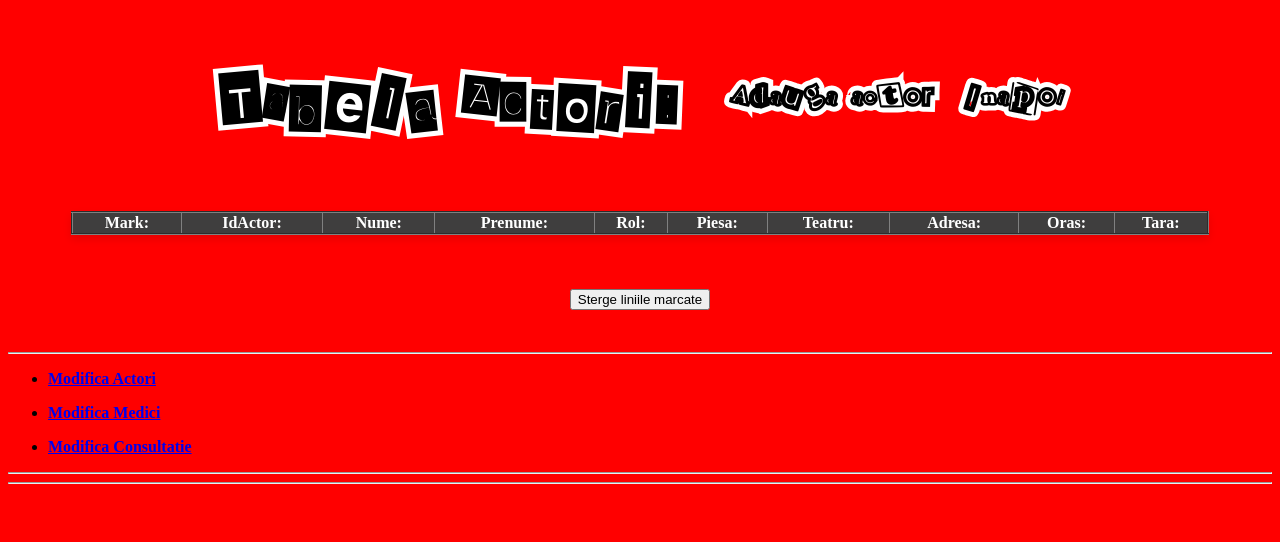
Repository: SusStefan/ActorDB
Page: http://localhost/Actori/tabela_actori.jsp
The author's editor kept a copy of each file at every save. The page is drawn from the files as they stood at one save, then again after the next save.
The browser window is 1280 px wide. The pictures show the whole page.
The page is served by Tomcat 9. Queries for data that is not in the repository find no rows.

Above is the page before, as saved 2025-12-12 23:33:42.
Console error: TypeError: Cannot set properties of null (setting 'innerHTML')

### Actori/src/main/webapp/tabela_actori.jsp
<%@ page language="java" contentType="text/html; charset=UTF-8" pageEncoding="UTF-8"%>
<%@ page language="java" import="java.lang.*,java.math.*,db.*,java.sql.*, java.io.*, java.util.*"%>
<!DOCTYPE html PUBLIC "-//W3C//DTD HTML 4.01 Transitional//EN" "http://www.w3.org/TR/html4/loose.dtd">
<html>
 <head>
 <meta http-equiv="Content-Type" content="text/html; charset=UTF-8">
 <title>Tabela Actori</title>
 </head>
 <jsp:useBean id="jb" scope="session" class="db.JavaBean" />
 <jsp:setProperty name="jb" property="*" />
 <body>
  <div id="butholder">
 <h1 align="center" id="titlu"> Tabela Actori:</h1>
 <br/>

<a href="adauga_actor.jsp">
<div class="cssbutton "id="Butactori"><b class="sway-text"><strong>Adauga actor</strong></b></div>
</a>
 <a href="index.html">
<div class="cssbutton "id="Butactori"><b class="sway-text"><strong>Inapoi</strong></b></div>
</a>
</div>
 <form action="sterge_Pacient.jsp" method="post">
 <table border="2" align="center">
 <tr>
 <td><b>Mark:</b></td>
 <td><b>IdActor:</b></td>
 <td><b>Nume:</b></td>
 <td><b>Prenume:</b></td>
 <td><b>Rol:</b></td>
 <td><b>Piesa:</b></td>
 <td><b>Teatru:</b></td>
 <td><b>Adresa:</b></td>
 <td><b>Oras:</b></td>
 <td><b>Tara:</b></td>
 </tr>
 <%
 jb.connect();
 ResultSet rs = jb.vedeActori();
 long x;
 while (rs.next()) {
 x = rs.getInt("idactor");
 %>
 <tr>
 <td><input type="checkbox" name="primarykey" value="<%= x%>" /></td><td><%= x%></td>
 <td><%= rs.getString("nume")%></td>
 <td><%= rs.getString("prenume")%></td>
 <td><%= rs.getString("rol")%></td>
 <td><%= rs.getString("piesa")%></td>
  <td><%= rs.getString("teatru")%></td>
  <td><%= rs.getString("adresa")%></td>
  <td><%= rs.getString("oras")%></td>
  <td><%= rs.getString("tara")%></td>
 <%
 }
 %>
 </tr>
 </table><br/>
 <p align="center">
 <input type="submit" value="Sterge liniile marcate">
 </p>
 </form>
 <%
 rs.close();
 jb.disconnect();
 %>
 <br/>
 <hr>
 <ul>
 <li><a href="modifica_Pacient.jsp"><b><strong>Modifica Actori</strong></b></a></li>
 </ul>
 <ul>
 <li><a href="modifica_Medic.jsp"><b><strong>Modifica Medici</strong></b></a></li>
 </ul>
 <ul>
 <li><a href="modifica_Consultatie.jsp"><b><strong>Modifica Consultatie</strong></b></a></li>
 </ul>
 <hr>
 <hr>
 </body>
  <style>

 @font-face {
  font-family: 'Persona';            /* You give it a nickname here */
  src: url('./assets/earwig_factory/pers.ttf') format('truetype'); /* Point to the file */
  font-weight: normal;
  font-style: normal;
}

 @font-face {
  font-family: 'Persona2';            /* You give it a nickname here */
  src: url('./assets/earwig_factory/persona.otf') format('opentype'); /* Point to the file */
  font-weight: normal;
  font-style: normal;
}
 @font-face {
  font-family: 'clock';            /* You give it a nickname here */
  src: url('./assets/earwig_factory/p5hatty.ttf') format('truetype'); /* Point to the file */
  font-weight: normal;
  font-style: normal;
}
 body{
 background-color: red;
 }
 .sway-text{
 color:black;
 font-size:300%;
 font-family:Persona;

 }
 #butholder
 {
 display:flex;
flex-direction: row;
 padding:10px;
 justify-content:center;
 align-items:center;
 gap:20px;
 }
 #titlu{
 text-align:left;
 font-family: Persona2;
 paint-order: stroke fill;
 color:black;
-webkit-text-stroke: 10px white;
 font-size:400%;
 }
  .time{

 font-family: clock;
 paint-order: stroke fill;
 color:white;
-webkit-text-stroke: 30px black;

 }
 #hms{ position:absolute;
  font-size:1000%;
  top:-13%;
  right:6%;
 }
#day{ position:absolute;
right:3%;
 font-size:400%;
transform: rotate(-10deg);
 }
 #month{ position:absolute;
right:13%;
top:-2%;
 font-size:500%;
 transform: rotate(10deg);
 }
 .cssbutton
 {
 width:100%;
 height:20%;
 background-color:red;
 padding:5px;
 text-align: center;
 }
table{
width:90%;
margin: 20px auto;
border-collapse: collapse;
box-shadow: 0 4px 8px rgba(0, 0, 0, 0.1);
text-align:center;
color:white
}


 table tbody tr:nth-of-type(even) {
  background-color: #656261;
}
 table tbody tr:nth-of-type(odd) {
  background-color: #3f3e3e;
}


 .sway-text {
  display: inline-block; /* Required for transform to work on text spans */
  transition: color 0.3s; /* Optional: smooth color change */
  cursor: default;
   paint-order: stroke fill;
 color:black;
-webkit-text-stroke: 10px white;
 font-size:200%;
}

 @keyframes sway {
  0% { transform: rotate(0deg); }
  25% { transform: rotate(5deg); }
  50% { transform: rotate(0deg); }
  75% { transform: rotate(-5deg); }
  100% { transform: rotate(0deg); }
}

 .cssbutton:hover
 {
  background-color:white;
  border: 3px solid black;
  animation: sway 2s ease-in-out infinite;
  }
 </style>
 <script>
 const weekday = ["Sunday","Monday","Tuesday","Wednesday","Thursday","Friday","Saturday"];
 let time = document.getElementById("hms");
 let day = document.getElementById("day");
 let month = document.getElementById("month");
 let d= new Date();
 time.innerHTML = d.getDate();
 month.innerHTML = d.getMonth()+1+"/";
 day.innerHTML = weekday[d.getDay()];


 </script>
</html>

### Actori/src/main/java/db/JavaBean.java
/*
 * Curs3_Eclipse - Valentin Pupezescu
 */
package db;
import java.math.BigDecimal;
import java.sql.*;
/**
 *
 * @author vali
 */
public class JavaBean {
	String error;
	Connection con;
	public JavaBean() {
	}
	public void connect() throws ClassNotFoundException, SQLException, Exception {
		try {
			Class.forName("com.mysql.cj.jdbc.Driver");
			con = DriverManager.getConnection("jdbc:mysql://localhost:3306/actori?useSSL=false", "root", "2005");
		} catch (ClassNotFoundException cnfe) {
			error = "ClassNotFoundException: Nu s-a gasit driverul bazei de date.";
			throw new ClassNotFoundException(error);
		} catch (SQLException cnfe) {
			error = "SQLException: Nu se poate conecta la baza de date.";
			throw new SQLException(error);
		} catch (Exception e) {
			error = "Exception: A aparut o exceptie neprevazuta in timp ce se stabilea legatura la baza de date.";
			throw new Exception(error);
		}
	} // connect()
	public void disconnect() throws SQLException {
		try {
			if (con != null) {
				con.close();
			}
		} catch (SQLException sqle) {
			error = ("SQLException: Nu se poate inchide conexiunea la baza de date.");
			throw new SQLException(error);
		}
	} // disconnect()
	public void adaugaOras(String Nume, String Tara)
			throws SQLException, Exception {
		if (con != null) {
			try {
				// creaza un "prepared SQL statement"
				Statement stmt;
				stmt = con.createStatement();
				stmt.executeUpdate("insert into orase(nume,tara) values('" +Nume
		+ "' , '" + Tara + "');");
			} catch (SQLException sqle) {
				error = "ExceptieSQL: Reactualizare nereusita; este posibil sa existe duplicate.";
				throw new SQLException(error);
			}
		} else {
			error = "Exceptie: Conexiunea cu baza de date a fost pierduta.";
			throw new Exception(error);
		}
	} // end of adaugaPacient()

	public void adaugateatru(String Nume, String Descriere, String Adresa, long Oras)
			throws SQLException, Exception {
		if (con != null) {
			try {
				// creaza un "prepared SQL statement"
				Statement stmt;
				stmt = con.createStatement();
				stmt.executeUpdate("insert into teatre(nume,descriere,adresa,idoras) values('" + Nume +
						"' , '" + Descriere + "', '" + Adresa + "', '" + Oras + "');");
			} catch (SQLException sqle) {
				error = "ExceptieSQL: Reactualizare nereusita; este posibil sa existe duplicate.";
				throw new SQLException(error);
			}
		} else {
			error = "Exceptie: Conexiunea cu baza de date a fost pierduta.";
			throw new Exception(error);
		}
	}

			public void adaugaactori(String Nume, String Prenume, String Rol, String Piesa, double Salariu, long Teatre)
					throws SQLException, Exception {
				if (con != null) {
					try {
						Statement stmt;
						stmt = con.createStatement();
						stmt.executeUpdate("insert into actori(nume,prenume,rol,piesa,salariu,idteatru) values('" + Nume +
								"' , '" + Prenume + "', '" + Rol + "', '" + Piesa + "', '" + Salariu + "', '" + Teatre
								+ "');");
					} catch (SQLException sqle) {
						error = "ExceptieSQL: Reactualizare nereusita; este posibil sa existe duplicate.";
						throw new SQLException(error);
					}
				} else {
					error = "Exceptie: Conexiunea cu baza de date a fost pierduta.";
					throw new Exception(error);
				}
			}

	public ResultSet vedeOrase() throws SQLException, Exception {
	    ResultSet rs = null;
	    try {
	        // Simple query to select the ID and Name of all cities
	        String queryString = "SELECT idoras, nume FROM orase ORDER BY nume";
	        Statement stmt = con.createStatement();
	        rs = stmt.executeQuery(queryString);
	    } catch (SQLException sqle) {
	        error = "SQLException: Interogarea oraselor nu a fost posibila.";
	        throw new SQLException(error);
	    } catch (Exception e) {
	        error = "A aparut o exceptie in timp ce se extrageau orasele.";
	        throw new Exception(error);
	    }
	    return rs;
	}

	public ResultSet vedeTabela(String tabel) throws SQLException, Exception {
		ResultSet rs = null;
		try {
			String queryString = ("select * from `actori`.`" + tabel + "`;");
			Statement stmt = con.createStatement(/*ResultSet.TYPE_SCROLL_INSENSITIVE,
ResultSet.CONCUR_READ_ONLY*/);
			rs = stmt.executeQuery(queryString);
		} catch (SQLException sqle) {
			error = "SQLException: Interogarea nu a fost posibila.";
			throw new SQLException(error);
		} catch (Exception e) {
			error = "A aparut o exceptie in timp ce se extrageau datele.";
			throw new Exception(error);
		}
		return rs;
	} // vedeTabela()
	public ResultSet vedeTeatre() throws SQLException, Exception {
		ResultSet rs = null;
		try {
			String queryString = ("select t.idteatru as idteatru"
					+ ",t.nume as nume,"
					+ "t.descriere as descriere,"
					+ "t.adresa as adresa,o.nume as oras,o.tara as tara from teatre t inner join orase o using(idoras)");
		    Statement stmt = con.createStatement(/*ResultSet.TYPE_SCROLL_INSENSITIVE,
ResultSet.CONCUR_READ_ONLY*/);
			rs = stmt.executeQuery(queryString);
		} catch (SQLException sqle) {
			error = "SQLException: Interogarea nu a fost posibila.";
			throw new SQLException(error);
		} catch (Exception e) {
			error = "A aparut o exceptie in timp ce se extrageau datele.";
			throw new Exception(error);
		}
		return rs;
	} // vedeConsultatie()

	public ResultSet vedeActori() throws SQLException, Exception {
		ResultSet rs = null;
		try {
			String queryString = ("SELECT a.idactor AS idactor, " +
			           "a.nume AS nume, " +
			           "a.prenume AS prenume, " +
			           "a.rol AS rol, " +
			           "a.piesa AS piesa, " +
			           "a.salariu AS salariu, " +
			           "t.nume AS teatru, " +
			           "t.adresa AS adresa, " +
			           "o.nume AS oras, " +
			           "o.tara AS tara " +
			    "FROM actori a, teatre t, orase o " +
			    "WHERE a.idteatru = t.idteatru AND t.idoras = o.idoras" // Correct join conditions
			);
		    Statement stmt = con.createStatement(/*ResultSet.TYPE_SCROLL_INSENSITIVE,
ResultSet.CONCUR_READ_ONLY*/);
			rs = stmt.executeQuery(queryString);
		} catch (SQLException sqle) {
			error = "SQLException: Interogarea nu a fost posibila.";
			throw new SQLException(error);
		} catch (Exception e) {
			error = "A aparut o exceptie in timp ce se extrageau datele.";
			throw new Exception(error);
		}
		return rs;
	}

	public void stergeDateTabela(String[] primaryKeys, String tabela, String dupaID) throws
	SQLException, Exception {
		if (con != null) {
			try {
				// creaza un "prepared SQL statement"
				long aux;
				PreparedStatement delete;
				delete = con.prepareStatement("DELETE FROM " + tabela + " WHERE " + dupaID + "=?;");
				for (int i = 0; i < primaryKeys.length; i++) {
					aux = java.lang.Long.parseLong(primaryKeys[i]);
					delete.setLong(1, aux);
					delete.execute();
				}
			} catch (SQLException sqle) {
				error = "ExceptieSQL: Reactualizare nereusita; este posibil sa existe duplicate.";
				throw new SQLException(error);
			} catch (Exception e) {
				error = "A aparut o exceptie in timp ce erau sterse inregistrarile.";
				throw new Exception(error);
			}
		} else {
			error = "Exceptie: Conexiunea cu baza de date a fost pierduta.";
			throw new Exception(error);
		}
	} // end of stergeDateTabela()
	public void stergeTabela(String tabela) throws SQLException, Exception {
		if (con != null) {
			try {
				// creaza un "prepared SQL statement"
				Statement stmt;
				stmt = con.createStatement();
				stmt.executeUpdate("delete from " + tabela + ";");
			} catch (SQLException sqle) {
				error = "ExceptieSQL: Stergere nereusita; este posibil sa existe duplicate.";
				throw new SQLException(error);
			}
		} else {
			error = "Exceptie: Conexiunea cu baza de date a fost pierduta.";
			throw new Exception(error);
		}
	} // end of stergeTabela()
	public void modificaTabela(String tabela, String IDTabela, int ID, String[] campuri, String[]
			valori) throws SQLException, Exception {
		String update = "update " + tabela + " set ";
		String temp = "";
		if (con != null) {
			try {
				for (int i = 0; i < campuri.length; i++) {
					if (i != (campuri.length - 1)) {
						temp = temp + campuri[i] + "='" + valori[i] + "', ";
					} else {
						temp = temp + campuri[i] + "='" + valori[i] + "' where " + IDTabela + "= '" + ID + "';";
					}
				}
				update = update + temp;
				// creaza un "prepared SQL statement"
				Statement stmt;
				stmt = con.createStatement();
				stmt.executeUpdate(update);
			} catch (SQLException sqle) {
				error = "ExceptieSQL: Reactualizare nereusita; este posibil sa existe duplicate.";
				throw new SQLException(error);
			}
		} else {
			error = "Exceptie: Conexiunea cu baza de date a fost pierduta.";
			throw new Exception(error);
		}
	}
	public void modificaActor(int idActor, String Nume, String Prenume, String Rol, String Piesa, BigDecimal Salariu, long idTeatru)
		    throws SQLException, Exception {

		    if (con == null || con.isClosed()) {
		        throw new Exception("Exceptie: Conexiunea cu baza de date a fost pierduta.");
		    }
		    String sql = "UPDATE actori SET nume=?, prenume=?, rol=?, piesa=?, salariu=?, idteatru=? WHERE idactor=?";

		    try (PreparedStatement ps = con.prepareStatement(sql)) {
		        ps.setString(1, Nume);
		        ps.setString(2, Prenume);
		        ps.setString(3, Rol);
		        ps.setString(4, Piesa);
		        ps.setBigDecimal(5, Salariu); // Sets DECIMAL type securely
		        ps.setLong(6, idTeatru);      // Sets LONG/INT type securely
		        ps.setInt(7, idActor);         // WHERE clause ID

		        ps.executeUpdate();
		    } catch (SQLException sqle) {
		        throw new SQLException("ExceptieSQL: Reactualizare nereusita. Va rugam verificati log-urile.", sqle);
		    }
		}
	public ResultSet intoarceLinie(String tabela, int ID) throws SQLException, Exception {
		ResultSet rs = null;
		try {
			// Executa interogarea
			String queryString = ("SELECT * FROM " + tabela + " where idpacient=" + ID + ";");
			Statement stmt = con.createStatement(ResultSet.TYPE_SCROLL_INSENSITIVE,
					ResultSet.CONCUR_READ_ONLY);
			rs = stmt.executeQuery(queryString); //sql exception
		} catch (SQLException sqle) {
			error = "SQLException: Interogarea nu a fost posibila.";
			throw new SQLException(error);
		} catch (Exception e) {
			error = "A aparut o exceptie in timp ce se extrageau datele.";
			throw new Exception(error);
		}
		return rs;
	} // end of intoarceLinie()
	public ResultSet intoarceLinieDupaId(String tabela, String denumireId, int ID) throws
	SQLException, Exception {
		ResultSet rs = null;
		try {
			// Executa interogarea
			String queryString = ("SELECT * FROM " + tabela + " where " + denumireId + "=" + ID
					+ ";");
			Statement stmt = con.createStatement(ResultSet.TYPE_SCROLL_INSENSITIVE,
					ResultSet.CONCUR_READ_ONLY);
			rs = stmt.executeQuery(queryString); //sql exception
		} catch (SQLException sqle) {
			error = "SQLException: Interogarea nu a fost posibila.";
			throw new SQLException(error);
		} catch (Exception e) {
			error = "A aparut o exceptie in timp ce se extrageau datele.";
			throw new Exception(error);
		}
		return rs;
	} // end of intoarceLinieDupaId()
	public ResultSet intoarceConsultatieId(int ID) throws SQLException, Exception {
		ResultSet rs = null;
		try {
			// Executa interogarea
			String queryString = ("SELECT a.Nume NumePacient, a.Prenume PrenumePacient, a.Adresa,b.Nume NumeMedic, b.Prenume PrenumeMedic, b.Sectie, c.idconsultatie, c.idmedic idmedic_consult,c.idpacient idpacient_consult, dataconsultatie, diagnostic, medicament FROM pacienti a, medici b,consultatie c WHERE a.idpacient = c.idpacient AND b.idmedic = c.idmedic and idconsultatie = '" +ID + "';");
			Statement stmt = con.createStatement(ResultSet.TYPE_SCROLL_INSENSITIVE,
					ResultSet.CONCUR_READ_ONLY);
			rs = stmt.executeQuery(queryString); //sql exception
		} catch (SQLException sqle) {
			error = "SQLException: Interogarea nu a fost posibila.";
			throw new SQLException(error);
		} catch (Exception e) {
			error = "A aparut o exceptie in timp ce se extrageau datele.";
			throw new Exception(error);
		}
		return rs;
	} // end of intoarceLinieDupaId()
}

After the next save:
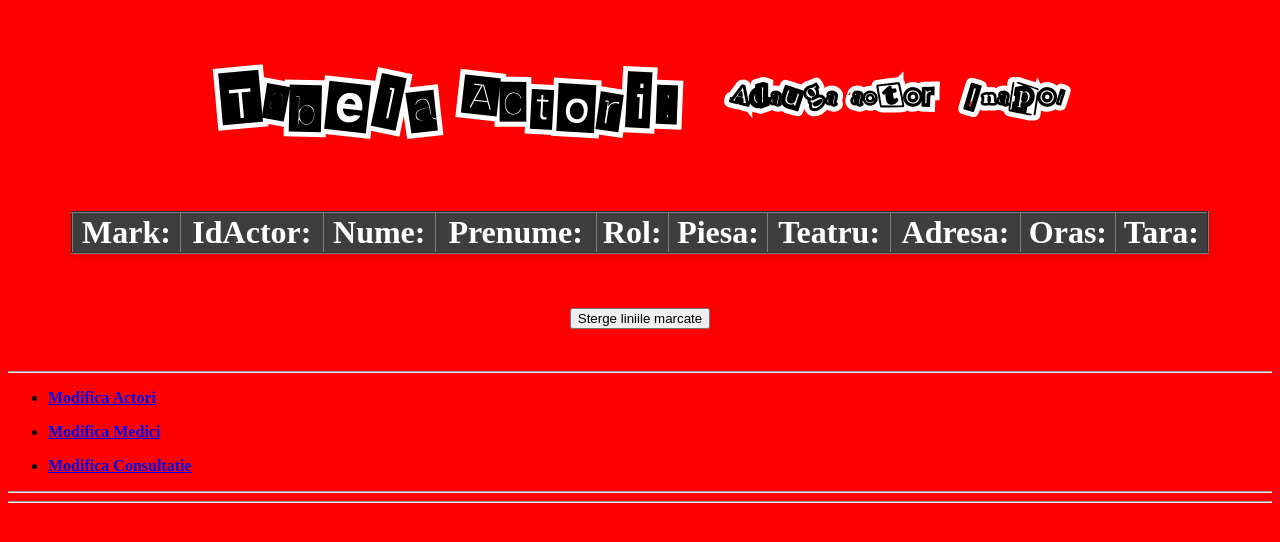
Saved 19 s later.
--- a/Actori/src/main/webapp/tabela_actori.jsp
+++ b/Actori/src/main/webapp/tabela_actori.jsp
@@ -163,7 +163,8 @@ margin: 20px auto;
 border-collapse: collapse;
 box-shadow: 0 4px 8px rgba(0, 0, 0, 0.1);
 text-align:center;
-color:white
+color:white;
+font-size:200%
 }
 
 
